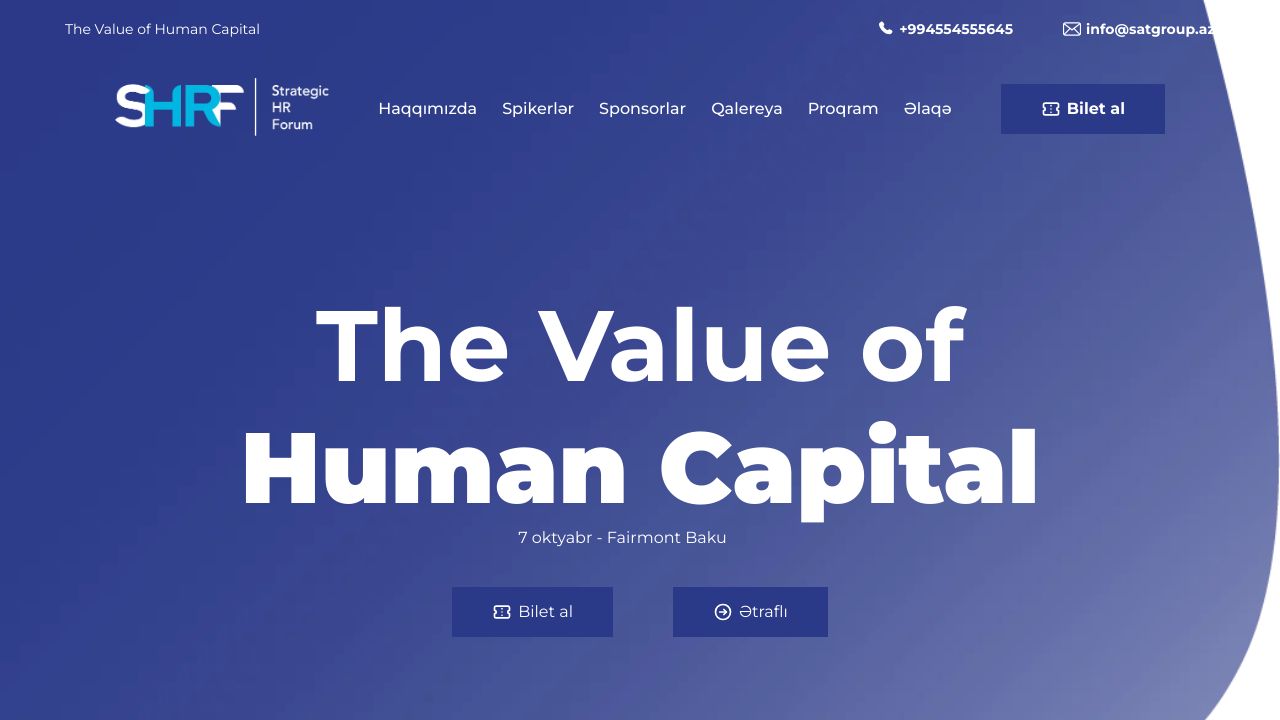
Repository: allahverdiyevabdulhasan/shrf
Page: /
An editor plug-in stored every save of this project. The page is shown before and after the next save, followed by the edit.
The browser window is 1280 px wide. The pictures show the whole page.
The project was rebuilt for these pictures with package versions that can differ from the ones it lists, and the page was loaded fresh each time. Also part of the build but not shown: vite.config.js, src/App.css.

Above is the page before, as saved 2024-08-16 10:25:06.

After the next save:
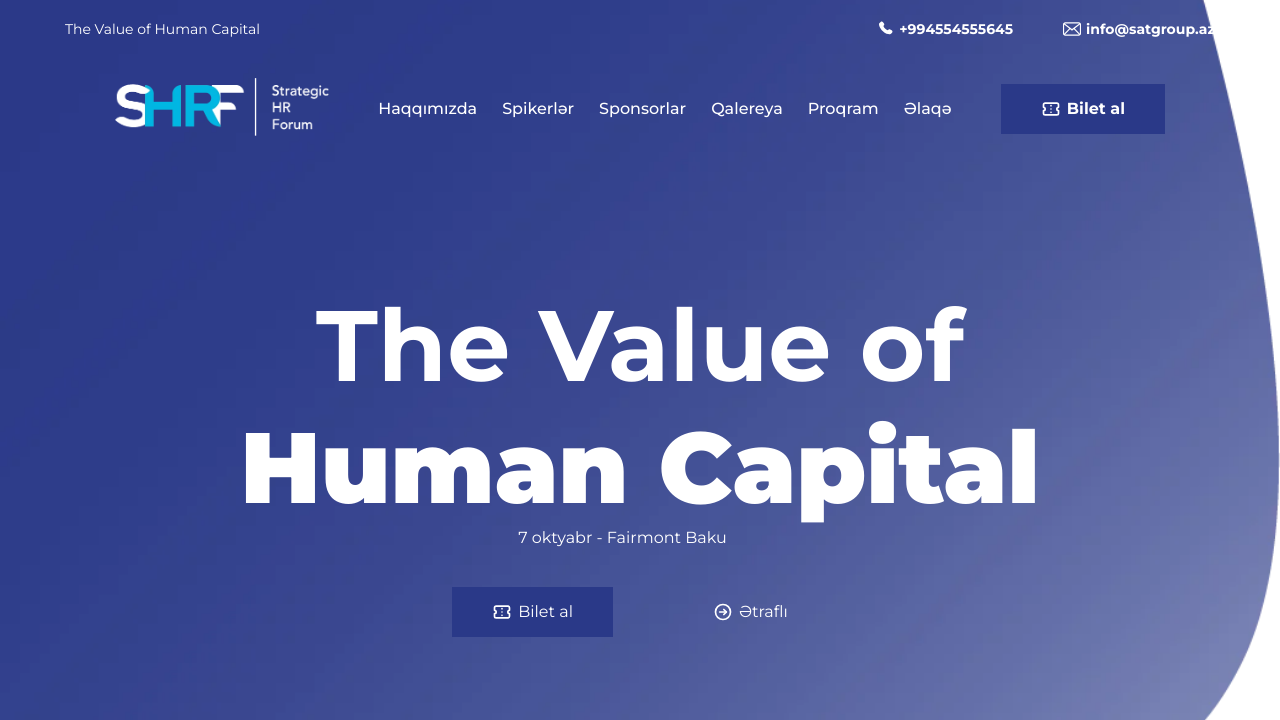
Saved 19 s later.
--- a/src/components/Intro/style.module.css
+++ b/src/components/Intro/style.module.css
@@ -26,9 +26,13 @@
     & .buttons{
         display: flex;
         justify-content: center;
+        align-items: center;
         & button, & a{
             font-weight: 400;
             margin: 0 30px;
         }
+        & a{
+            background: none;
+        }
     }
 }
